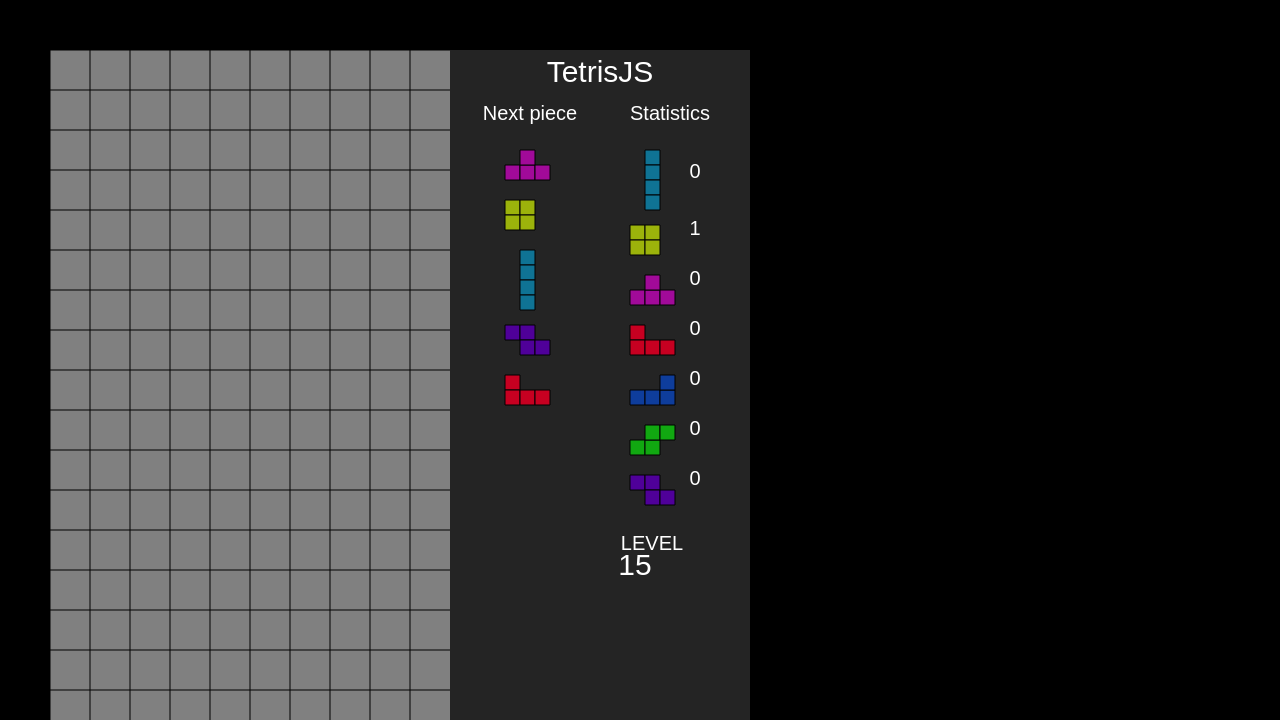
Repository: hosua/TetrisJS
Page: index.html
The author's editor kept a copy of each file at every save. The page is drawn from the files as they stood at one save, then again after the next save.
The browser window is 1280 px wide. The pictures show the whole page.

Above is the page before, as saved 2023-11-07 20:07:23.

After the next save:
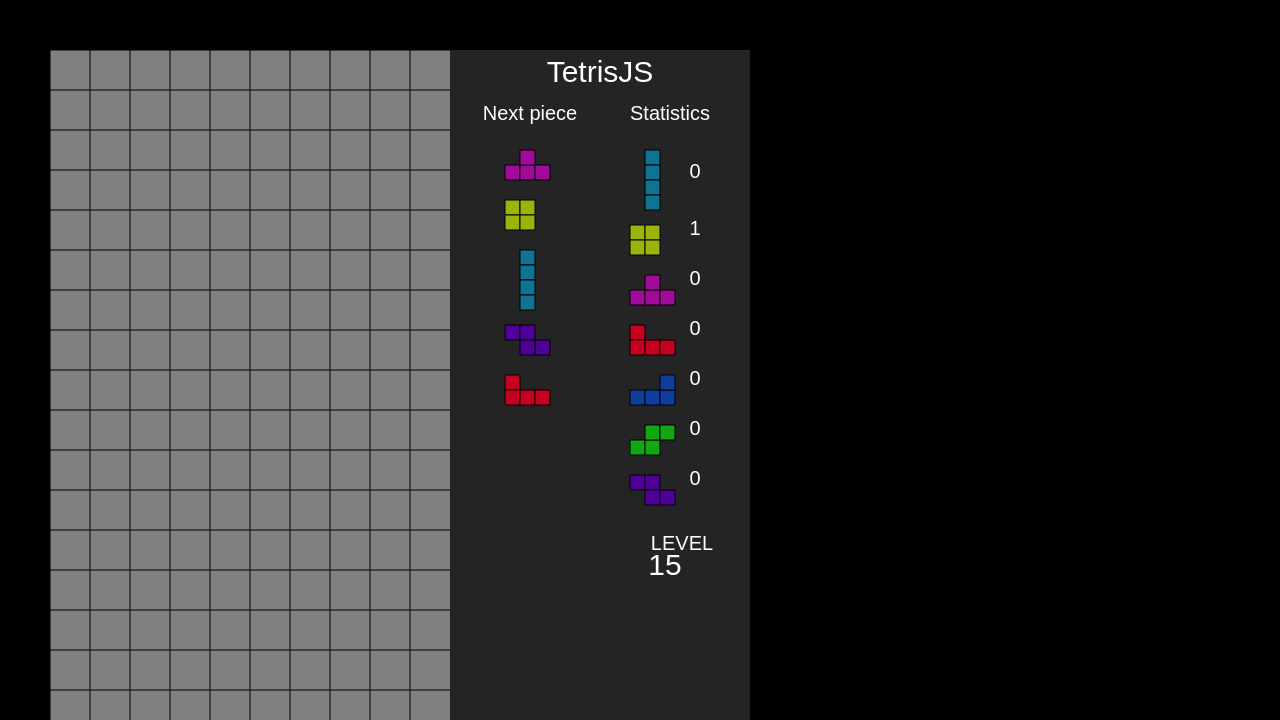
Saved 5 s later.
--- a/src/Tetris.js
+++ b/src/Tetris.js
@@ -544,7 +544,7 @@
 	}
 
 	draw_ui_level(tetris) {
-		let x = this.ui_offset + 250;
+		let x = this.ui_offset + 280;
 		let y = 500;
 		let y_inc = 25;
 		this.draw_ui_text(`LEVEL`, 20, x - 48, y);
